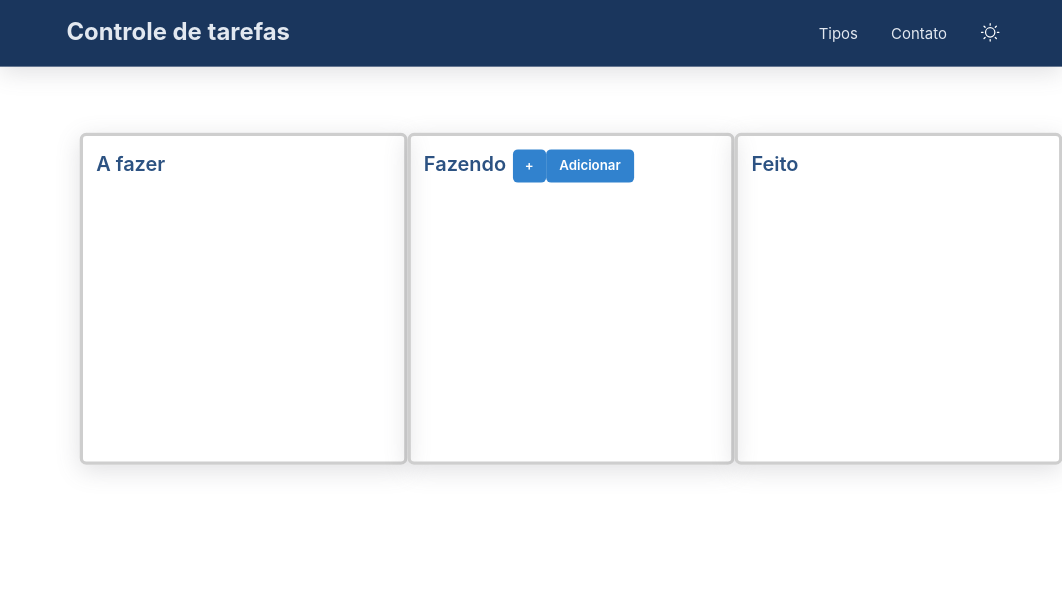
Repository: leosulzbach/Hackaton-Relampago
Page: /home (app in Front/)
An editor plug-in stored every save of this project. The page is shown before and after the next save, followed by the edit.
The browser window is 1280 px wide. The pictures show the whole page, at 83% of full size.
The page's requests for data from a server got no answer. The project was rebuilt for these pictures with package versions that can differ from the ones it lists, and the page was loaded fresh each time. No one was signed in, and anything a server would have sent is missing. Also part of the build but not shown: Front/vite.config.ts, Front/src/Components/Cards/CadInfo.styles.ts, Front/src/Components/Cards/CardInfo.tsx, Front/src/Components/Cards/Cards.styles.ts, Front/src/Components/Cards/Card.tsx.

Above is the page before, as saved 2022-11-07 16:39:15.

### Front/src/App.tsx
import { ChakraProvider, theme } from "@chakra-ui/react"
import { BrowserRouter } from "react-router-dom"
import { Router } from "./Routes/Router"



function App() {
  return(
    <ChakraProvider theme={theme}>
    <BrowserRouter>
      <Router />
    </BrowserRouter>
  </ChakraProvider>
  )
}

export default App

### Front/src/Routes/Router.tsx
import { Routes, Route } from "react-router-dom";
import { Home } from "../Pages/home";


export function Router() {
  return (
    <Routes>
      <Route path="/home" element={<Home />} />
     </Routes>
  );
}

### Front/src/Pages/home.tsx
import { Box, Button, Flex, Grid, Text } from '@chakra-ui/react'
import axios from 'axios';
import { CalendarPlus } from 'phosphor-react';
import { useEffect, useState } from 'react';
import { Card } from '../Components/Cards/Card';
import { Header } from '../Components/Header'


export interface Cadastro {
    id: number;
    descricao: string;
    situacao: string;
    data_vencimento: string;
    prioridade: string;
    email?: string

}

export const Home = () => {

    const [CadastroList, setCadastroList] = useState<Cadastro[]>([]);



    useEffect(() => {
        axios.get<Cadastro[]>("http://localhost:3000/tarefas").then((response) => {
            setCadastroList(response.data);
        });
    }, []);

        console.log(CadastroList)



    return (
        <Flex>
            <Header />


            <Flex
                direction={"row"}
                ml={"6rem"}
                mt={"10rem"}
                alignItems={"center"}
                width='100%'
                height="100%"
            >
                <Box
                    border={"4px solid #cecece"}
                    boxShadow={"rgba(100, 100, 111, 0.2) 0px 7px 29px 0px"}
                    borderRadius={8}
                    w={"100%"}
                    h={"400px"}

                >
                    <Text
                        p={"1rem"}
                        fontSize={"1.5rem"}
                        fontWeight={"semibold"}
                        color={"blue.700"}
                    >A fazer</Text>
                    {

                        CadastroList.map((tarefa: any)  => {

                            return (
                                <Card id={tarefa.id} descricao={tarefa.descricao} situacao={tarefa.situacao} data_vencimento={tarefa.data_vencimento} prioridade={tarefa.prioridade} />
                            )
                    })}

                </Box>
                <Box
                    border={"4px solid #cecece"}
                    boxShadow={"rgba(100, 100, 111, 0.2) 0px 7px 29px 0px"}
                    borderRadius={8}
                    w={"100%"}
                    h={"400px"}
                    >
                    <Text
                        p={"1rem"}
                        fontSize={"1.5rem"}
                        fontWeight={"semibold"}
                        color={"blue.700"}
                    >Fazendo
                        <Button
                            colorScheme='blue'
                            w={"2rem"}
                            ml={2}
                        >+</Button>

                        <Button colorScheme='blue'>Adicionar</Button></Text>
                </Box>
                <Box
                    border={"4px solid #cecece"}
                    boxShadow={"rgba(100, 100, 111, 0.2) 0px 7px 29px 0px"}
                    borderRadius={8}
                    w={"100%"}
                    h={"400px"}>
                    <Text
                        p={"1rem"}
                        fontSize={"1.5rem"}
                        fontWeight={"semibold"}
                        color={"blue.700"}
                    >Feito</Text>
                </Box>

            </Flex>
        </Flex>
    )

}

### Front/src/Components/Header.tsx
import { Box, Flex, Input, Link, Text } from "@chakra-ui/react";
import { Sun } from "phosphor-react";



export const Header = () => {
    return (
        <Flex

            as="header"
            w="100%"
            h="20"
            justify="space-between"

            borderBottomWidth={1}
            borderColor="blue.900"
            bg="blue.900"
            position={"fixed"}
            boxShadow="rgba(100, 100, 111, 0.2) 0px 7px 29px 0px"
        >
            <Flex
                p="1rem"
                justify="flex-start"
                ml="4rem"
            >
                <Text
                    fontSize="1.8rem"
                    fontWeight="bold"
                    color="gray.200"
                >
                    Controle de tarefas
                </Text>
            </Flex>
            <Flex
                p="1.7rem"
                mr="3rem"
                justify="flex-end"
                gap={10}
            >

                <Link

                    href="/sobre"
                    color="gray.200"
                    fontSize={18}
                    _hover={{
                        borderBottom: '4px solid  blue', transition: 'all 0.3s ease-out', transform: 'translate(-11px, 0px)'
                    }}
                >
                    Tipos
                </Link>
                <Link
                    href="/contato"
                    color="gray.200"
                    fontSize={18}
                    _hover={{
                        borderBottom: '4px solid  blue', transition: 'all 0.3s ease-out', transform: 'translate(-11px, 0px)'
                    }}

                >
                    Contato
                </Link>
                <Sun size={24} color={"white"} />
            </Flex>



        </Flex>
    );
}

Loaded but not shown: Front/index.html (common file); Front/src/main.tsx (common file)

After the next save:
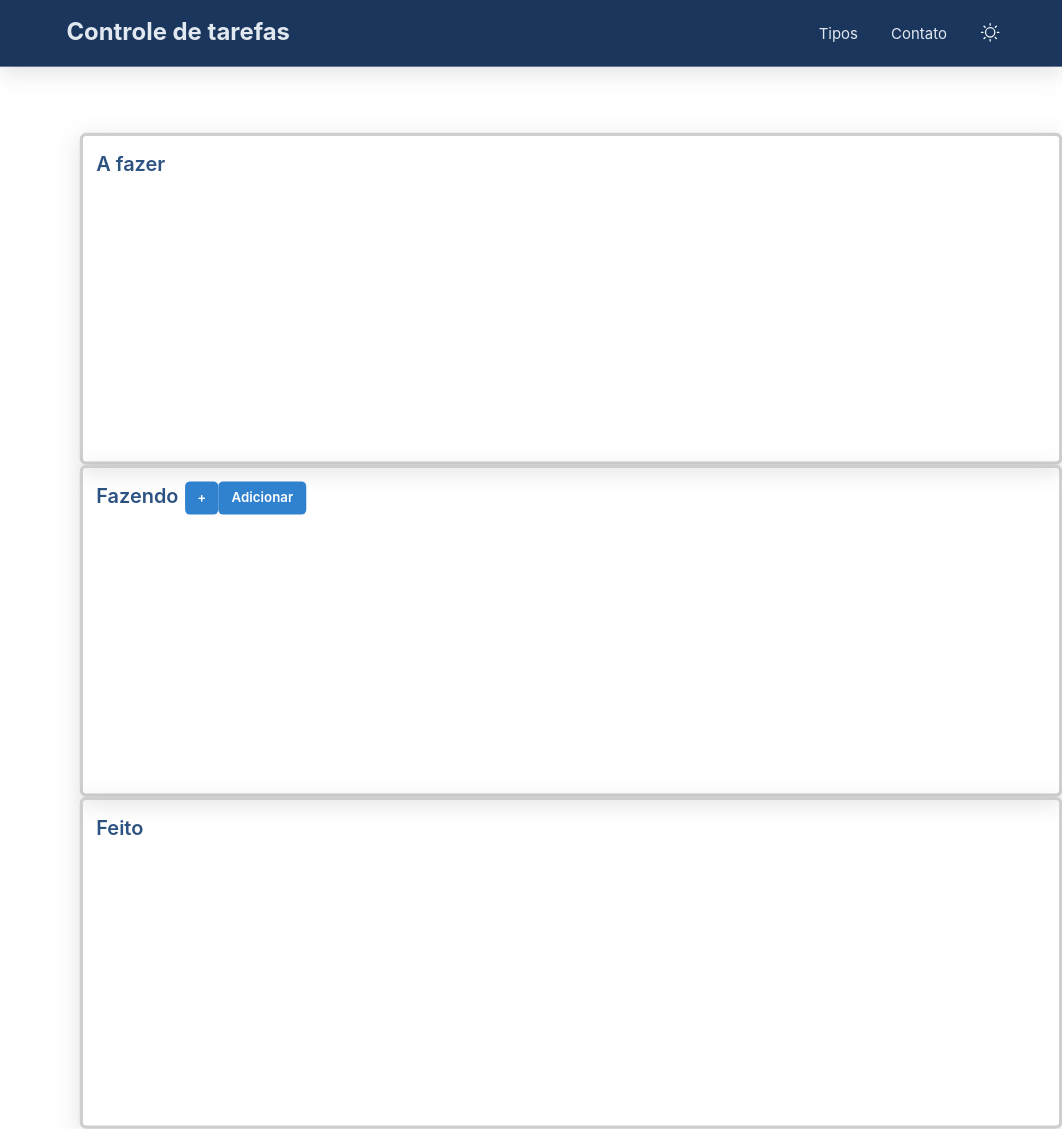
Saved 8 s later.
--- a/Front/src/Pages/home.tsx
+++ b/Front/src/Pages/home.tsx
@@ -38,7 +38,7 @@ export const Home = () => {
 
 
             <Flex
-                direction={"row"}
+                direction={"column"}
                 ml={"6rem"}
                 mt={"10rem"}
                 alignItems={"center"}
